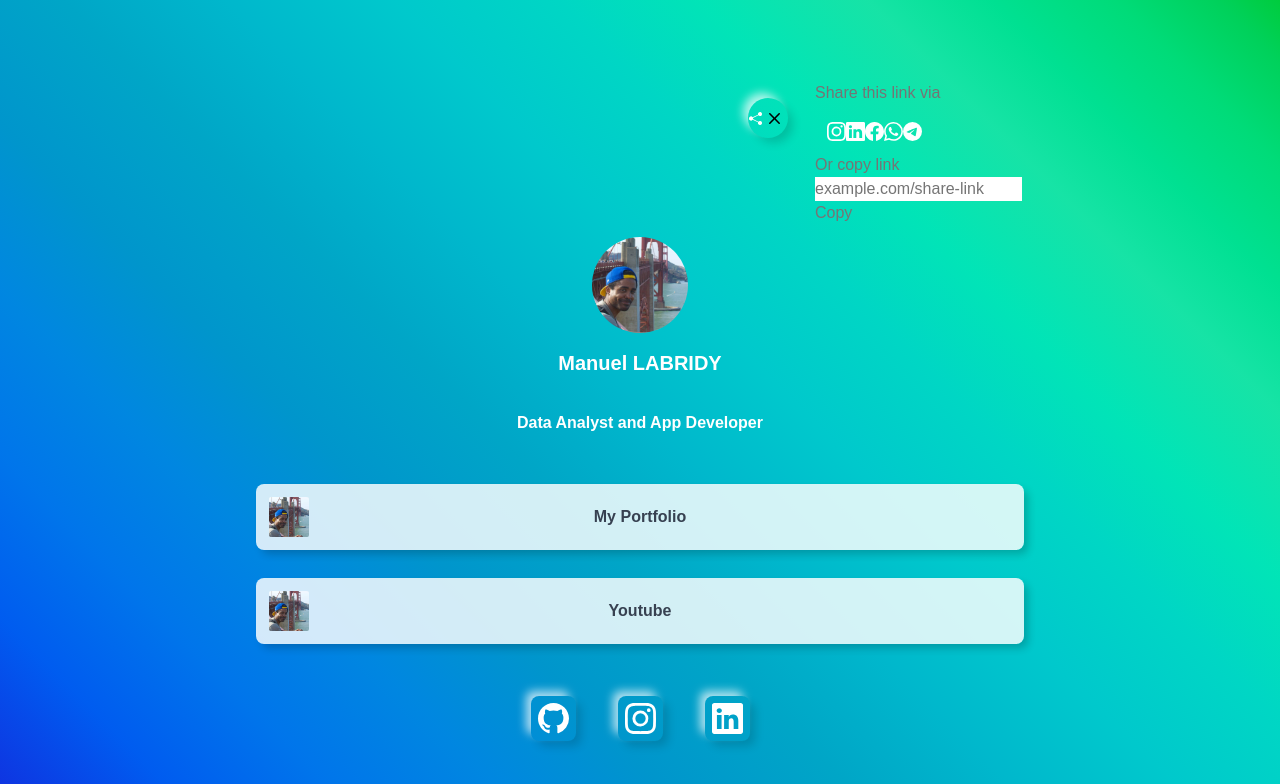
Repository: MateLaDBrouille97/linktree
Page: /
An editor plug-in stored every save of this project. The page is shown before and after the next save, followed by the edit.
The browser window is 1280 px wide. The pictures show the whole page.
The project was rebuilt for these pictures with package versions that can differ from the ones it lists, and the page was loaded fresh each time. The framework's server and built-in components were replaced by stand-ins that run in the browser. Also part of the build but not shown: next.config.js, styles/Home.module.css, styles/scrollup.css.

Above is the page before, as saved 2023-01-23 19:26:10.

### app/layout.tsx
"use client";

import '@/styles/globals.css'
import '../styles/Home.module.css';
import '../styles/scrollup.css';
import '../styles/home.css';
import '../styles/socials.css';
import '../styles/share.css';
import ScrollDow from '../components/ScrollDow';
import ScrollUp from '../components/scrollup/ScrollUp'

export default function RootLayout({
    children,
  }: {
    children: React.ReactNode;
  }) {
    return (
      <html lang="en">
        <body>{children}</body>
        {/* <ScrollDow/> */}
        {/* <ScrollUp/> */}
      </html>
    );
  }

### app/page.tsx
"use client";

import Image from "next/image";
import data from "data.json";
import image from "../public/ManuelTL2.jpg";
import image1 from "../public/ManuelTL2.jpg";
import { useEffect, useState } from "react";
import Socials from "../components/Socials";
import Share from "@/components/Share";

function LinkCard({
  href,
  title,
  image,
}: {
  href: string;
  title: string;
  image?: string;
}) {
  return (
    <a
      href={href}
      className="flex items-center p-3 w-full rounded-lg hover:scale-105 transition-all bg-gray-100 mb-3 -mt-2 max-w-3xl home__linkcard-box"
    >
      <div className="flex text-center w-full home__linkcard-card">
        <div className="w-10 h-10 home__linkcard-img">
          {image1 && (
            <Image
              className="rounded-sm"
              alt={data.name}
              src={image1}
              width={40}
              height={40}
            />
          )}
        </div>
        <h2 className="flex justify-center items-center font-semibold w-full text-gray-700 -ml-10 home__linkcard-title">
          {title}
        </h2>
      </div>
    </a>
  );
}

export default function Home() {
  /*==================== Toggle Menu ====================== */
  const [toggle, showMenu] = useState(false);
  const [activeNav, setActiveNav] = useState("#home");

  /* +++++++++++++++++++++++++++++++++++++++++++++++++ */
  // const { dbUser, image } = useUserContext();

  // const breakpoints = (width) => {
  //   if (width < 640) {
  //     return "xs";
  //   } else if (width >= 640 && width < 768) {
  //     return "sm";
  //   } else if (width >= 768 && width < 1024) {
  //     return "md";
  //   } else if (width >= 1024) {
  //     return "lg";
  //   }
  // };

  // const [breakpoint, setBreakpoint] = useState(() =>
  //   breakpoints(typeof window !== "undefined" && window.innerWidth)
  // );

  useEffect(() => {
    if (toggle) {
      // const calcInnerWidth = function () {
      //   setBreakpoint(breakpoints(window.innerWidth));
      // };
      // window.addEventListener("resize", calcInnerWidth);
      window.addEventListener("scroll", function () {
        const header = this.document.querySelector(".header");
        //scroll higher than 200 viewport height
        //add scroll header class to a tag with the scroll-top
        if (this.scrollY >= 80) header?.classList.add("scroll-header");
        else header?.classList.remove("scroll-header");
      });
    }
  }, []);

  useEffect(() => {
    showMenu(true);
  }, []);

  return (
    <div className="flex items-center flex-col mx-auto w-full justify-center mt-16 px-8 ">
      <Share/>
      <a
        href="#home"
        onClick={() => setActiveNav("#home")}
        // className={
        //   activeNav === "#home" ? "nav__logo active-link" : "nav__logo"
        // }
      >
        <Image
          className="rounded-full"
          alt={data.name}
          src={image}
          width={96}
          height={96}
        />
      </a>

      <h1 className="font-semibold mt-4 mb-8 text-xl" style={{color:"white"}}>{data.name}</h1>
      <h3 className="home__description" style={{color:"white"}}>{data.small_description}</h3>

      <div className="grid place-items-center w-full mt-2">
        {data.links.map((link) => (
          <LinkCard key={link.href} {...link} />
        ))}
      </div>

      <div className="gap-3 items-center flex mt-10">
        {data?.socials?.map((social) => {
         return(

          <Socials title={social?.title} key={social?.href} />
          )
        })}
      </div>
    </div>
  );
}

### styles/globals.css
@tailwind base;
@tailwind components;
@tailwind utilities;

body{
  height:100vh;
  background-image: linear-gradient(
  45deg,
  hsl(229deg 88% 47%) 0%,
  hsl(217deg 100% 47%) 8%,
  hsl(210deg 100% 46%) 16%,
  hsl(204deg 100% 44%) 24%,
  hsl(196deg 100% 40%) 32%,
  hsl(190deg 100% 39%) 41%,
  hsl(186deg 100% 40%) 49%,
  hsl(181deg 100% 40%) 57%,
  hsl(175deg 100% 42%) 65%,
  hsl(168deg 99% 45%) 72%,
  hsl(162deg 82% 49%) 80%,
  hsl(159deg 100% 44%) 86%,
  hsl(153deg 100% 43%) 92%,
  hsl(146deg 100% 41%) 97%,
  hsl(138deg 100% 40%) 100%
);
}

@import  url('https://api.iconify.design/material-symbols/arrow-upward.svg');

/*=============== GOOGLE FONTS ===============*/
@import url("https://fonts.googleapis.com/css2?family=Poppins:wght@400;500;600&display=swap");

/*=================== NEXT.JS ================*/

html,
body {
  padding: 0;
  margin: 0;
  font-family: -apple-system, BlinkMacSystemFont, Segoe UI, Roboto, Oxygen,
    Ubuntu, Cantarell, Fira Sans, Droid Sans, Helvetica Neue, sans-serif;
}

h1 {
  font-size: 1.75rem;
}




/*=============== VARIABLES CSS ===============*/
:root {
  --header-height: 3rem;

  /*========== Colors ==========*/
  /*Color mode HSL(hue, saturation, lightness)*/
  --hue: 0;
  --sat: 0%;
  --title-color: hsl(var(--hue), var(--sat), 20%);
  --title-color-dark: hsl(var(--hue), var(--sat), 0%);
  --text-color: hsl(var(--hue), var(--sat), 46%);
  --body-color: hsl(var(--hue), var(--sat), 98%);
  --container-color: #fff;

  /*========== Font and typography ==========*/
  --body-font: "Poppins", sans-serif;

  /*.5rem = 8px | 1rem = 16px ...*/
  --big-font-size: 3.5rem;
  --h1-font-size: 2.75rem;
  --h2-font-size: 1.5rem;
  --h3-font-size: 1.25rem;
  --normal-font-size: 1rem;
  --small-font-size: 0.875rem;
  --smaller-font-size: 0.813rem;
  --tiny-font-size: 0.625rem;

  /*========== Font weight ==========*/
  --font-normal: 400;
  --font-medium: 500;
  --font-semi-bold: 600;

  /*========== Margenes Bottom ==========*/
  /*.5rem = 8px | 1rem = 16px ...*/
  --mb-0-25: 0.25rem;
  --mb-0-5: 0.5rem;
  --mb-0-75: 0.75rem;
  --mb-1: 1rem;
  --mb-1-5: 1.5rem;
  --mb-2: 2rem;
  --mb-2-5: 2.5rem;
  --mb-3: 3rem;

  /*========== z index ==========*/
  --z-tooltip: 10;
  --z-fixed: 100;
  --z-modal: 1000;
}

/* Responsive typography */
@media screen and (max-width: 992px) {
  :root {
    --big-font-size: 2.75rem;
    --h1-font-size: 1.5rem;
    --h2-font-size: 1.25rem;
    --h3-font-size: 1rem;
    --normal-font-size: 0.938rem;
    --small-font-size: 0.813rem;
    --smaller-font-size: 0.75rem;
  }
}

/*=============== BASE ===============*/
* {
  margin: 0;
  padding: 0;
  box-sizing: border-box;
}

html {
  scroll-behavior: smooth;
}

body,
button,
input,
textarea {
  font-family: var(--body-font);
  font-size: var(--normal-font-size);
}

body {
  background-color: var(--body-color);
  color: var(--text-color);
}

h1,
h2,
h3 {
  color: var(--title-color);
  font-weight: var(--font-semi-bold);
}

ul {
  list-style: none;
}

a {
  text-decoration: none;
}

button {
  cursor: pointer;
  border: none;
  outline: none;
}

img {
  max-width: 100%;
  height: auto;
}

/*=============== REUSABLE CSS CLASSES ===============*/
.section {
  padding: 6rem 0 2rem;
}

.section__title {
  font-size: var(--h1-font-size);
  color: var(--title-color);
}

.section__subtitle {
  display: block;
  font-size: var(--normal-font-size);
  margin-bottom: 4rem;
}

.section__title,
.section__subtitle {
  text-align: center;
}

/*=============== LAYOUT ===============*/
.container {
  max-width: 968px;
  margin-left: auto;
  margin-right: auto;
}

.grid {
  display: grid;
  gap: 1.5rem;
}

/*=============== BUTTONS ===============*/
.button {
  display: inline-block;
  background-color:rgb(100, 189, 140);
  color: var(--container-color);
  padding: 1.25rem 2rem;
  border-radius: 1rem;
  font-weight: var(--font-medium);
}

.button:hover {
  background-color: rgb(81, 209, 138);
  color: var(--container-color);
}

.button__icon {
  margin-left: var(--mb-0-5);
}

.button--flex {
  display: inline-flex;
  align-items: center;

}




/*=============== BREAKPOINTS ===============*/
/* For large devices */
@media screen and (max-width: 992px) {
  .container {
    margin-left: var(--mb-1-5);
    margin-right: var(--mb-1-5);
  }

  .button {
    padding: 1rem 1.75rem;
  }

  .button__icon {
    width: 22px;
    height: 22px;
  }
}

/* For medium devices */
@media screen and (max-width: 768px) {
  body {
    margin: 0 0 var(--header-height) 0;
  }

  .section {
    padding: 2rem 0 4rem;
  }

  .section__subtitle {
    margin-bottom: var(--mb-3);
  }
}

@media screen and (max-width: 576px) {

}

/* For small devices */
@media screen and (max-width: 350px) {
  :root {
    --big-font-size: 2.25rem;
  }

  .container {
    margin-left: var(--mb-1);
    margin-right: var(--mb-1);
  }
}

### styles/home.css
.home__container{
    row-gap: 7rem;
}

.home__content{
    grid-template-columns: 116px repeat(2, 1fr);
    padding-top: 5.5rem;
    column-gap: 2rem;
    align-items: center;
}

.home__social{
    display:grid;
    grid-template-columns: max-content;
    row-gap: 1rem;
}

.home__social-icon{
    font-size:1.25rem;
    color: var(--title-color);
}

.home__social-icon:hover{
    color:rgb(165, 30, 75);
}



.home__social-icon:hover{
    color: var(--title-color-dark);
}

.home__title{
    font-size:var(--h1-font-size);
    margin-bottom:var(--mb-0-25);
}

.home__hand{
    width: 38px;
    height: 38px;
    margin-left: 0.4rem;
}

.home__subtitle{
    position: relative;
    font-size:var(--h3-font-size);
    padding-left: 5.4rem;
    font-weight: var(--font-normal);
    margin-bottom: var(--mb-1);
}

.home__subtitle::before{
    content:'';
    position:absolute;
    width: 70px;
    height:1px;
    background-color:var(--text-color);
    left:0;
    top:1rem;
}

.home__description{
    max-width:400px;
    margin-bottom: var(--mb-3);
    line-height: 1.7;
}

.home__linkcard-box{
    background-color: rgba(255, 255, 255, 0.829);
    border-color: whitesmoke;
    border-width: 3px;
    transition: transform 0.5s;
    box-shadow: 5px 5px 9px -1px rgba(0,0,0,0.2);

    border: 1px solid rgba(0,0,0,0);
    transition: transform 0.5s;
}

.home__linkcard-box:hover{
    box-shadow: 10px 10px 0px -1px rgba(0,0,0,0.15),
                1px 1px 0.5px  rgba(0,0,0,0.15),
                0px -12px 10px -10px  rgba(0,0,0,0.05);
     border: 1px solid   rgba(0,0,0,0.1);
    /* transform:translateY(-2px)  ;    */
}

.home__linkcard-box::after{
    transition: transform 0.5s;
}

.home__linkcard-box:hover::after .home__linkcard-title {
    transition: transform 0.7s;
}

.home__linkcard-box:hover::after .home__linkcard-img {
    transition: transform 0.7s;
}

.home__linkcard-box:hover .home__linkcard-title{
    transform:scale(1.05);
    transition: transform 0.5s;
}

.home__linkcard-box:hover .home__linkcard-img{
    transform:scale(1.15);
    transition: transform 0.5s;
}




.home__img{
/* background: url(../../assets/Mur.jpg); */
background-repeat: no-repeat;
background-position: center;
background-size: cover;
box-shadow: inset 0 0 0 9px rgb(255 255 255/30%);
order: 1;
justify-self: center;
width:375px ;
height: 350px;
animation: profile__animate 8s ease-in-out infinite 1s;
}

@keyframes profile__animate {
    0%{
        border-radius: 60% 40% 30% 70%/60% 30% 70% 40%;
    }

    50%{
        border-radius: 30% 60% 70% 40%/50% 60% 30% 60%;
    }

    100%{
        border-radius: 60% 40% 30% 70%/60% 30% 70% 40%;
    }
}

.home__scroll{
    position:fixed;
    left: 2.5rem;
    bottom: 3rem;
    /* opacity:0.8; */
    padding:0.3rem 0.5rem;
    border-radius:0.4rem;
    z-index: var(--z-tooltip);
    transition: .4s;
}


.wheel {
    animation: scroll 2s ease infinite;
}

@keyframes scroll{
    0% {
        transform: translateY(0);
    }
    30% {
        transform: translateY(3.7rem);
    }

}


.home__scroll-name{
    color: rgba(255, 255, 255, 0.829);
    font-weight: var(--font-medium);
    margin-right: var(--mb-0-25);
    margin-left: 2px;
}

.home__scroll-arrow{
    font-size: 1.25rem;
    color: rgba(255, 255, 255, 0.829);
}


/*=============== BREAKPOINTS ===============*/
/* For large devices */
@media screen and (max-width: 992px) {
    .home__content{
        grid-template-columns: 100px repeat(2, 1fr);
        column-gap: 1.25rem;

    }

    .home__hand{
        width:26px;
        height:26px;
    }

    .home__subtitle{
        padding-left: 3.75rem;
        margin-bottom: var(--mb-1);

    }

    .home__subtitle::before {
        width:42px;
        top:0.8rem;
    }

    .home__description{
        max-width: initial;
        margin-bottom: var(--mb-2-5);
    }

    .home__img{
        width:250px;
        height:250px;
        box-shadow:inset 0 0 0 8px rgb(255 255 255/30%)
    }

    .home__scroll{
        margin-left: 7.5rem;
    }



  }

  /* For medium devices */
  @media screen and (max-width: 768px) {
    .home__content{
        grid-template-columns: 0.5fr 3fr;
        padding-top: 3.5rem;
    }

    .home__img{
        order:initial;/* ordre d'apparition de l'element*/
        justify-self: initial;
        box-shadow: inset 0 0 0 9px rgb(255 255 255/30%);
        width:200px;
        height: 200px;
    }

    .home__data{
        grid-column:1/3;
    }

    .home__scroll{
        display:none;
    }


  }



  /* For small devices */
  @media screen and (max-width: 350px) {


    .home__img{

        width:180px ;
        height: 180px;
    }

    .home__hand{
        width:22px;
        height:22px;
    }


  }

### styles/socials.css
/* .social__link{
    color: var(--container-color);
    font-size: 1.125rem;
    padding: 0.4rem;
    border-radius:1.5rem;
    display: inline-flex;
} */
/*
.social__link:hover{
    background-color:rgba(44, 203, 224, 0.986);
} */

.social__link{
    display:flex;
    /* background-color: var(--container-color); */
    color: var(--container-color);
    height: 45px;
    width: 45px;
    margin: 0 15px;
    border-radius: 8px;
    align-items: center;
    justify-content:center;
    text-decoration: none;
    box-shadow: 6px 6px 10px -1px rgba(0,0,0,0.15),
                -6px -6px 10px -1px rgba(255,255,255,0.7);
    border: 1px solid   rgba(0,0,0,0);
    transition: transform 0.5s;
}

a svg {
    font-size: 38px;
    color: white;
    transition: transform 0.5s;
}


.social__link:hover{
    background-color: rgba(255, 255, 255, 0.829);
    box-shadow: inset 4px 4px 6px -1px rgba(0,0,0,0.2),
                inset -4px -4px 6px -1px rgba(255,255,255,0.7),
                -0.5px -0.5px 0px  rgba(255,255,255,1),
                0.5px 0.5px 0px  rgba(0,0,0,0.15),
                0px -12px 10px -10px  rgba(0,0,0,0.05);
    border: 1px solid   rgba(0,0,0,0.1);
    transform:translateY(2px)  ;
}


a:hover svg{
    transform: scale(1.10);
    fill: black;
    transition: transform 0.5s;
}

a:hover .bi-linkedin{
    fill:rgb(18, 83, 203) ;
    transform:scale(1.10);
    transition: transform 0.5s;
}

a:hover .bi-instagram{
    fill:#e64771;
    transform:scale(1.10);
    transition: transform 0.5s;
}


/*=============== BREAKPOINTS ===============*/
/* For large devices */
@media screen and (max-width: 992px) {


    .social__link:hover{

        box-shadow: inset 4px 4px 6px -1px rgba(0,0,0,0.2),
                    inset -4px -4px 6px -1px rgba(255,255,255,0.7),
                    -0.5px -0.5px 0px  rgba(255,255,255,1),
                    0.5px 0.5px 0px  rgba(0,0,0,0.15),
                    0px -12px 10px -10px  rgba(0,0,0,0.05);
        border: 1px solid   rgba(0,0,0,0.1);
        transform:translateY(2px)  ;
    }




  }

  /* For medium devices */
  @media screen and (max-width: 768px) {




  }



  /* For small devices */
  @media screen and (max-width: 350px) {





  }

### styles/share.css
/*          Share   Items  */

.share-link{
    display:flex;
    /* background-color: var(--container-color); */
    color: var(--container-color);
    height: 45px;
    width: 45px;
    margin: 0 15px;
    border-radius: 22px;
    align-items: center;
    justify-content:center;
    text-decoration: none;
    box-shadow: 6px 6px 10px -1px rgba(0,0,0,0.15),
                -6px -6px 10px -1px rgba(255,255,255,0.7);
    border: 1px solid   rgba(0,0,0,0);
    transition: transform 0.5s;
}

.share-link:hover{
    background-color: rgba(255, 255, 255, 0.829);
    box-shadow: inset 4px 4px 6px -1px rgba(0,0,0,0.2),
                inset -4px -4px 6px -1px rgba(255,255,255,0.7),
                -0.5px -0.5px 0px  rgba(255,255,255,1),
                0.5px 0.5px 0px  rgba(0,0,0,0.15),
                0px -12px 10px -10px  rgba(0,0,0,0.05);
    border: 1px solid   rgba(0,0,0,0.1);
    transform:translateY(2px)  ;
}



/* .share-link .bi-share-fill{
    fill: white;
} */

.share-link:hover .bi-share-fill{
    fill: black;
    transform:scale(1.10);
    transition: transform 0.5s;

}

header{
    width:95%;
    max-width: 788px;
    display: flex;
    justify-content: flex-end;
    padding: 12px;
    margin-top: 5px;
}

.share-button{
    width: 40px;
    height: 40px;
    border-radius:20px;
    color: var(--container-color);

}

ul{
    width:91%;
    max-width: 788px;
    display: flex;
    /* justify-content: flex-end; */
    padding: 12px;
    margin-top: 5px;
}

.content{


}

.share{
    width:95%;
    max-width: 788px;
    display: flex;
    justify-content: flex-end;
    padding: 12px;
    margin-top: 5px;
}

### components/Socials.tsx
function GitHubIcon() {
  return (
    <a href="https://github.com/LuckyMate97" className="social__link">
      <svg xmlns="http://www.w3.org/2000/svg" width="31" height="31" fill="white" className="bi bi-github" viewBox="0 0 16 16"> <path d="M8 0C3.58 0 0 3.58 0 8c0 3.54 2.29 6.53 5.47 7.59.4.07.55-.17.55-.38 0-.19-.01-.82-.01-1.49-2.01.37-2.53-.49-2.69-.94-.09-.23-.48-.94-.82-1.13-.28-.15-.68-.52-.01-.53.63-.01 1.08.58 1.23.82.72 1.21 1.87.87 2.33.66.07-.52.28-.87.51-1.07-1.78-.2-3.64-.89-3.64-3.95 0-.87.31-1.59.82-2.15-.08-.2-.36-1.02.08-2.12 0 0 .67-.21 2.2.82.64-.18 1.32-.27 2-.27.68 0 1.36.09 2 .27 1.53-1.04 2.2-.82 2.2-.82.44 1.1.16 1.92.08 2.12.51.56.82 1.27.82 2.15 0 3.07-1.87 3.75-3.65 3.95.29.25.54.73.54 1.48 0 1.07-.01 1.93-.01 2.2 0 .21.15.46.55.38A8.012 8.012 0 0 0 16 8c0-4.42-3.58-8-8-8z"/> </svg>
    </a>
  );
}

function InstagramIcon() {
  return (
    <a href="https://www.instagram.com/oto.mata33/" className="social__link">
      <svg xmlns="http://www.w3.org/2000/svg" width="31" height="31" fill="white" className="bi bi-instagram" viewBox="0 0 16 16"> <path d="M8 0C5.829 0 5.556.01 4.703.048 3.85.088 3.269.222 2.76.42a3.917 3.917 0 0 0-1.417.923A3.927 3.927 0 0 0 .42 2.76C.222 3.268.087 3.85.048 4.7.01 5.555 0 5.827 0 8.001c0 2.172.01 2.444.048 3.297.04.852.174 1.433.372 1.942.205.526.478.972.923 1.417.444.445.89.719 1.416.923.51.198 1.09.333 1.942.372C5.555 15.99 5.827 16 8 16s2.444-.01 3.298-.048c.851-.04 1.434-.174 1.943-.372a3.916 3.916 0 0 0 1.416-.923c.445-.445.718-.891.923-1.417.197-.509.332-1.09.372-1.942C15.99 10.445 16 10.173 16 8s-.01-2.445-.048-3.299c-.04-.851-.175-1.433-.372-1.941a3.926 3.926 0 0 0-.923-1.417A3.911 3.911 0 0 0 13.24.42c-.51-.198-1.092-.333-1.943-.372C10.443.01 10.172 0 7.998 0h.003zm-.717 1.442h.718c2.136 0 2.389.007 3.232.046.78.035 1.204.166 1.486.275.373.145.64.319.92.599.28.28.453.546.598.92.11.281.24.705.275 1.485.039.843.047 1.096.047 3.231s-.008 2.389-.047 3.232c-.035.78-.166 1.203-.275 1.485a2.47 2.47 0 0 1-.599.919c-.28.28-.546.453-.92.598-.28.11-.704.24-1.485.276-.843.038-1.096.047-3.232.047s-2.39-.009-3.233-.047c-.78-.036-1.203-.166-1.485-.276a2.478 2.478 0 0 1-.92-.598 2.48 2.48 0 0 1-.6-.92c-.109-.281-.24-.705-.275-1.485-.038-.843-.046-1.096-.046-3.233 0-2.136.008-2.388.046-3.231.036-.78.166-1.204.276-1.486.145-.373.319-.64.599-.92.28-.28.546-.453.92-.598.282-.11.705-.24 1.485-.276.738-.034 1.024-.044 2.515-.045v.002zm4.988 1.328a.96.96 0 1 0 0 1.92.96.96 0 0 0 0-1.92zm-4.27 1.122a4.109 4.109 0 1 0 0 8.217 4.109 4.109 0 0 0 0-8.217zm0 1.441a2.667 2.667 0 1 1 0 5.334 2.667 2.667 0 0 1 0-5.334z"/> </svg>
    </a>
  );
}

function LinkedInIcon() {
  return (
    <a href="https://ca.linkedin.com/" className="social__link">
      <svg xmlns="http://www.w3.org/2000/svg" width="31" height="31" fill="white" className="bi bi-linkedin" viewBox="0 0 16 16"> <path d="M0 1.146C0 .513.526 0 1.175 0h13.65C15.474 0 16 .513 16 1.146v13.708c0 .633-.526 1.146-1.175 1.146H1.175C.526 16 0 15.487 0 14.854V1.146zm4.943 12.248V6.169H2.542v7.225h2.401zm-1.2-8.212c.837 0 1.358-.554 1.358-1.248-.015-.709-.52-1.248-1.342-1.248-.822 0-1.359.54-1.359 1.248 0 .694.521 1.248 1.327 1.248h.016zm4.908 8.212V9.359c0-.216.016-.432.08-.586.173-.431.568-.878 1.232-.878.869 0 1.216.662 1.216 1.634v3.865h2.401V9.25c0-2.22-1.184-3.252-2.764-3.252-1.274 0-1.845.7-2.165 1.193v.025h-.016a5.54 5.54 0 0 1 .016-.025V6.169h-2.4c.03.678 0 7.225 0 7.225h2.4z"/> </svg>
    </a>
  );
}

function Socials({ title }:{title?:string;}) {
  if (title == "Instagram") {
    return <InstagramIcon  />;
  }
  if (title == "Github") {
    return <GitHubIcon  />;
  }
  if (title == "LinkedIn") {
    return <LinkedInIcon  />;
  }
}

export default Socials;

Loaded but not shown: data.json (35 lines, source omitted); tailwind.config.js (13 lines, source omitted); components/Share.tsx (113 lines, source omitted)

After the next save:
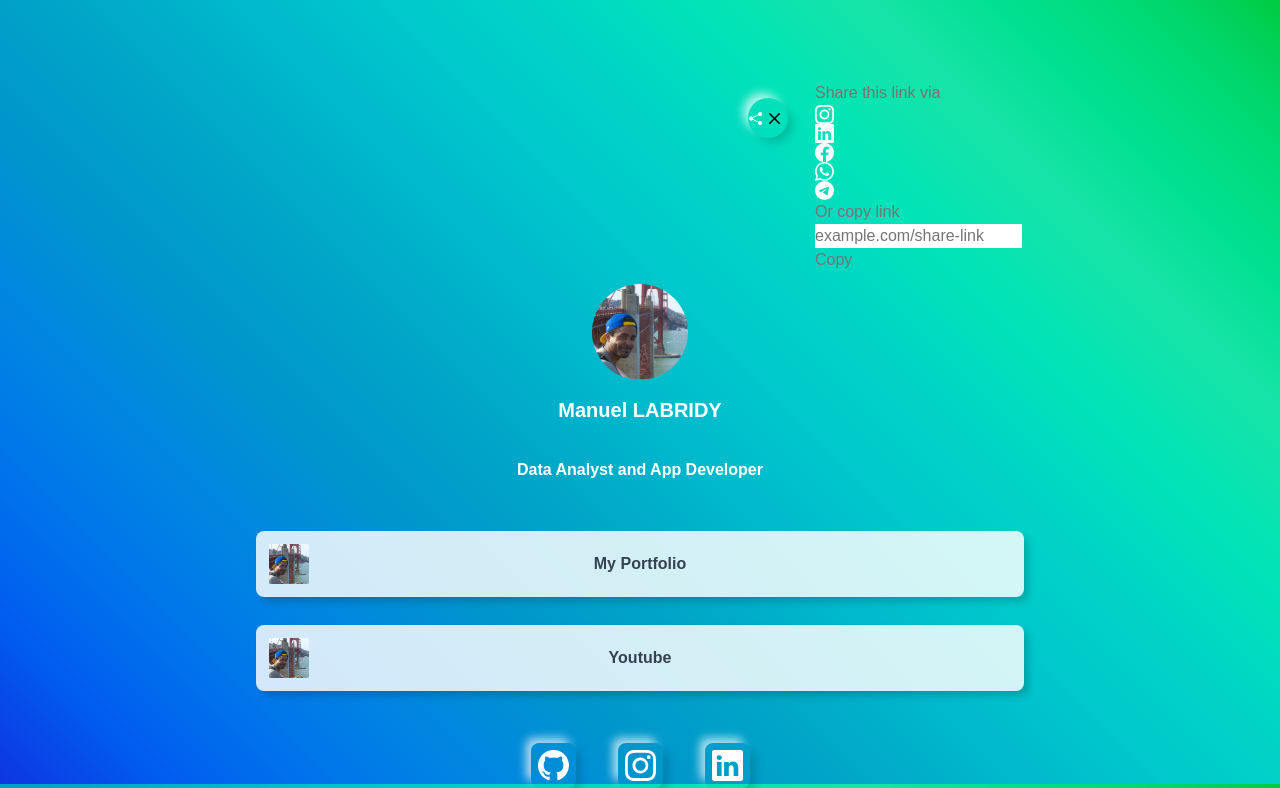
Saved 38 s later.
--- a/styles/share.css
+++ b/styles/share.css
@@ -59,17 +59,9 @@ header{
 }
 
 ul{
-    width:91%;
-    max-width: 788px;
-    display: flex;
-    /* justify-content: flex-end; */
-    padding: 12px;
-    margin-top: 5px;
 }
 
 .content{
-
-
 }
 
 .share{
